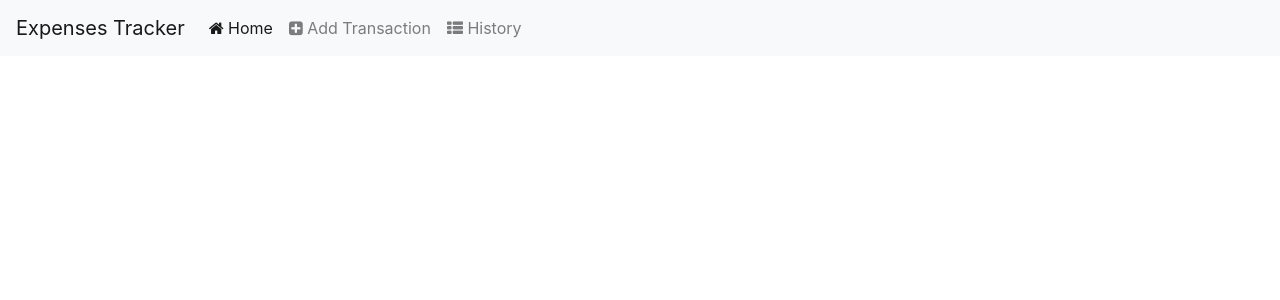
Repository: yucheng91/CI3-expenses-manager
Page: http://localhost/home
The author's editor kept a record of every edit. The page is drawn from the files as they stood at one moment, then again after the next edit.
The browser window is 1280 px wide. The pictures show the whole page.
The page is served by the project's application, run on Flask 3 (app.py).

Above is the page before.

After the next edit:
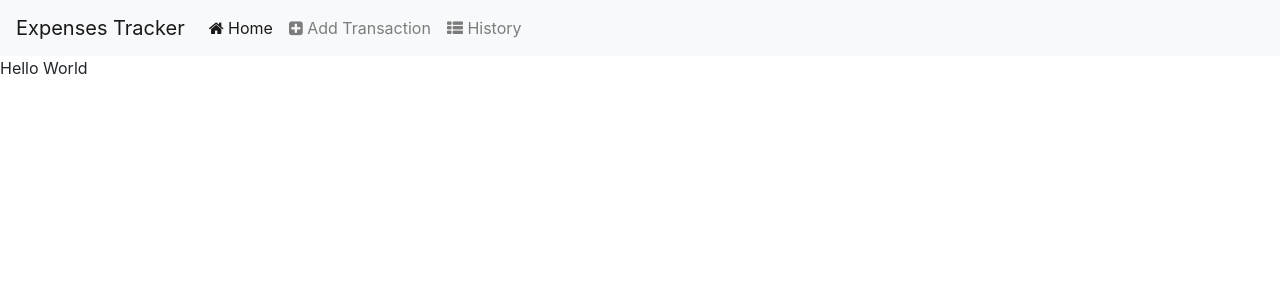
The edit:
--- a/templates/index.html
+++ b/templates/index.html
@@ -37,7 +37,9 @@
     </nav>
     <!--end nav-->
 
-
+<div id="content">
+  Hello World
+</div>
 
     <script src="https://code.jquery.com/jquery-3.3.1.slim.min.js" integrity="sha384-q8i/X+965DzO0rT7abK41JStQIAqVgRVzpbzo5smXKp4YfRvH+8abtTE1Pi6jizo" crossorigin="anonymous"></script>
     <script src="https://cdnjs.cloudflare.com/ajax/libs/popper.js/1.14.7/umd/popper.min.js" integrity="sha384-UO2eT0CpHqdSJQ6hJty5KVphtPhzWj9WO1clHTMGa3JDZwrnQq4sF86dIHNDz0W1" crossorigin="anonymous"></script>
